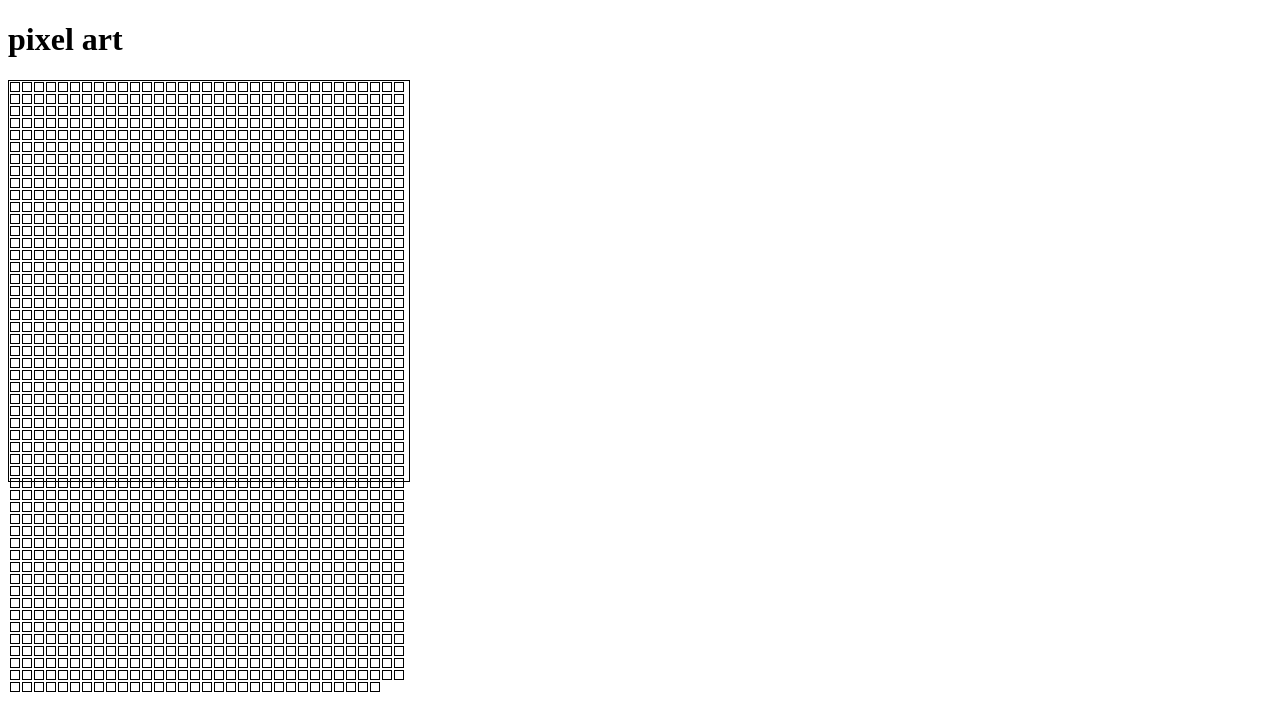
Repository: bechara611/pixelartdb
Page: /
The author's editor kept a copy of each file at every save. The page is drawn from the files as they stood at one save, then again after the next save.
The browser window is 1280 px wide. The pictures show the whole page.
The project was rebuilt for these pictures with package versions that can differ from the ones it lists, and the page was loaded fresh each time. Also part of the build but not shown: vite.config.js.

Above is the page before, as saved 2023-03-05 20:30:30.

After the next save:
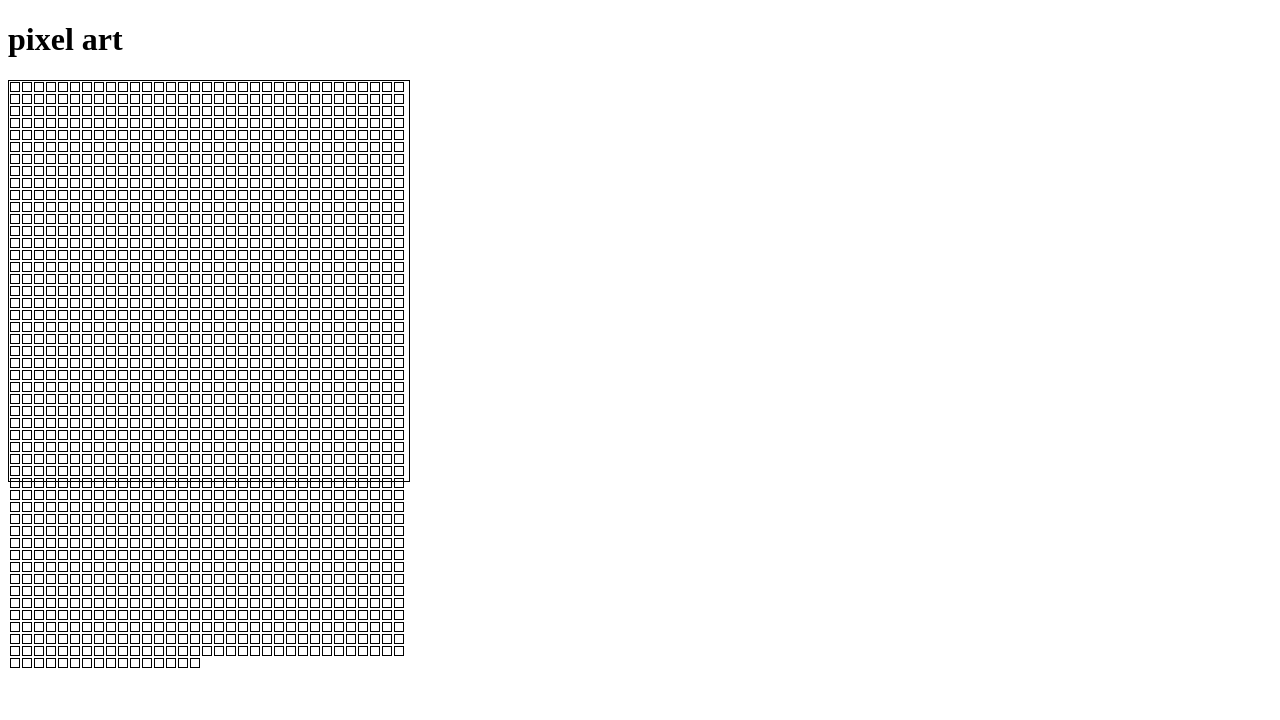
Saved 4 min 1 s later.
--- a/src/App.jsx
+++ b/src/App.jsx
@@ -15,8 +15,8 @@ useEffect(() => {
   let contenedor = document.getElementById('contenedor')
 console.log(contenedor.offsetHeight)
 console.log(contenedor.offsetWidth)
-let row = Math.ceil(contenedor.offsetHeight/10)
-let col = Math.ceil(contenedor.offsetWidth/10);
+let row = Math.floor(contenedor.offsetHeight/10)
+let col = Math.floor(contenedor.offsetWidth/10);
 setPixels(Array.from({length:row*col}))
 }, [])
 
